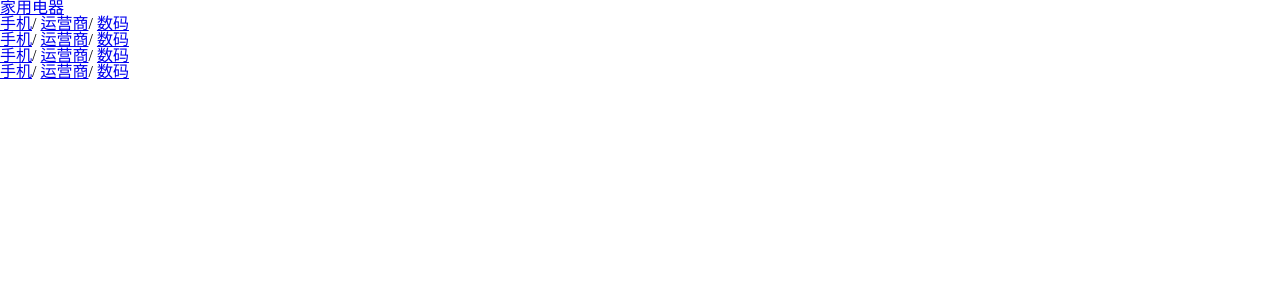
Repository: Romic77/css-test
Page: exercise/02_京东左侧导航条.html
These files come from the project's save history. The page is drawn as it stood at one moment and after the next save; the edit follows.
The browser window is 1280 px wide. The pictures show the whole page.

Above is the page before, as saved 2022-09-03 13:45:28.

After the next save:
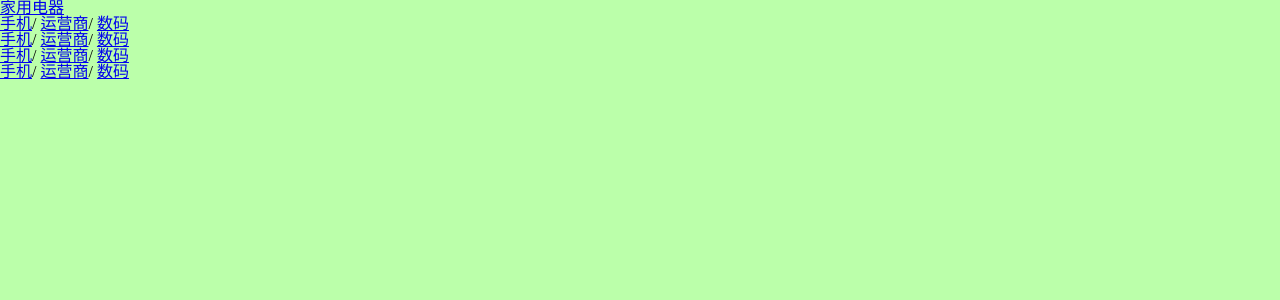
Saved 43 s later.
--- a/exercise/02_京东左侧导航条.html
+++ b/exercise/02_京东左侧导航条.html
@@ -8,7 +8,9 @@
     <title>Document</title>
     <link rel="stylesheet" href="./css/reset.css">
     <style>
-
+        body {
+            background-color: #bfa;
+        }
     </style>
 </head>
 
